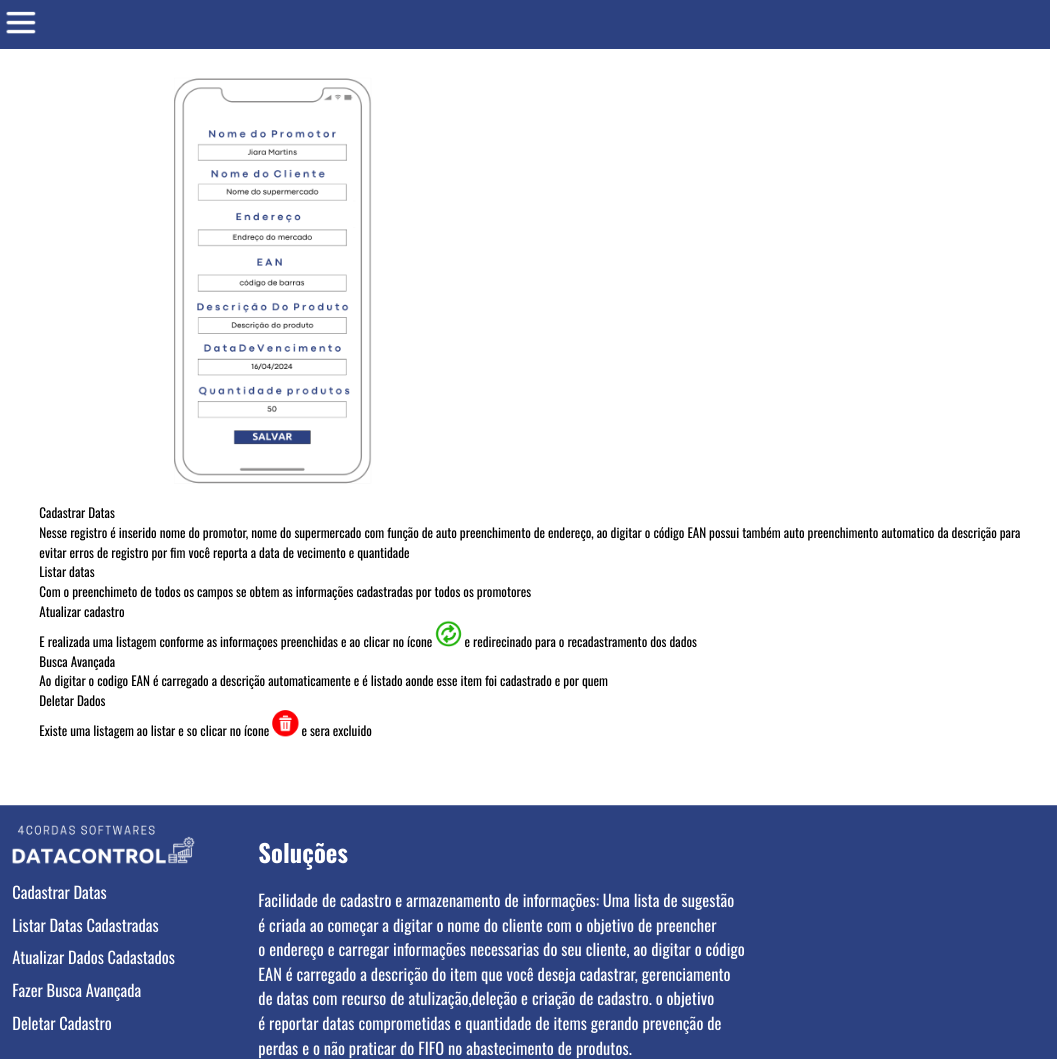
Repository: alfredo-allan/ControleDeDatasFrontEnd
Page: index.html
The author's editor kept a copy of each file at every save. The page is drawn from the files as they stood at one save, then again after a run of saves.
The browser window is 1280 px wide. The page is 1289 px wide, so the pictures cover 1289 px, including what lies to the right of the window. The pictures show the whole page, at 82% of full size.

Above is the page before, as saved 2024-04-30 14:29:13.
Console error: TypeError: Cannot read properties of null (reading 'addEventListener')

### index.html
<!DOCTYPE html>
<html lang="pt-BR">
  <head>
    <meta charset="UTF-8" />
    <meta name="viewport" content="width=device-width, initial-scale=1.0" />
    <link rel="stylesheet" href="./style/style.css" />
    <link rel="preconnect" href="https://fonts.googleapis.com" />
    <link rel="preconnect" href="https://fonts.gstatic.com" crossorigin />
    <link
      href="https://fonts.googleapis.com/css2?family=Oswald:wght@200..700&display=swap"
      rel="stylesheet"
    />
    <title>Controle de Datas</title>
  </head>
  <body>
    <div class="header">
      <div id="menu-icon">
        <img id="icon-menu" src="./images/barra-de-menu.png" alt="" />
      </div>
      <div id="titulo">
        <!-- <h1>Controle De Datas</h1> -->
      </div>
      <div id="menu-options">
        <ul>
          <!-- <img id="usuario" src="./images/usuario-exemplo.jpg" alt="" /> -->
          <a href="pages/cadastro.html"><li>Cadastrar Datas</li></a>
          <a href="pages/listagem.html"><li>Listar Datas</li></a>
          <a href="pages/atualizar.html"><li>Atualizar Cadastro</li></a>
          <a href="pages/buscaavancada.html"><li>Busca Avançada</li></a>
          <a href="pages/deletar.html"><li>Deletar Dados</li></a>
        </ul>
      </div>
    </div>
    <img id="instrucao" src="./images/CadastrarDatas.png" alt="">
    <div class="coluna">
    <ul>
      <span>Cadastrar Datas</span>
      <li>Nesse registro é inserido nome do promotor, nome do supermercado com função de auto preenchimento de endereço, ao digitar o código EAN possui também auto preenchimento automatico da descrição para evitar erros de registro por fim você reporta a data de vecimento e quantidade</li>
      <span>Listar datas</span>
      <li>Com o preenchimeto de todos os campos se  obtem as informações cadastradas por todos os promotores</li>
      <span>Atualizar cadastro</span>
      <li>E realizada uma listagem conforme as informaçoes preenchidas e ao clicar no ícone <img src="./images/repetir.png" alt=""> e redirecinado para o recadastramento dos dados</li>
      <span>Busca Avançada</span>
      <li>Ao digitar o codigo EAN é carregado a descrição automaticamente e é listado aonde esse item foi cadastrado e por quem</li>
      <span>Deletar Dados</span>
      <li>Existe uma listagem ao listar e so clicar no ícone <img src="./images/excluir.png" alt=""> e sera excluido</li>
    </ul>
    </div>
    </div>
    <div class="footer">
      <div id="mapa" class="col-sm-6">
        <img id="tootext" src="./images/data.png" alt="" />
        <ul id="mapadosite">
          <a href="./pages/cadastro.html"><li>Cadastrar Datas</li></a>
          <a href="./pages/listagem.html"><li>Listar Datas Cadastradas</li></a>
          <a href="./pages/atualizar.html"
            ><li>Atualizar Dados Cadastados</li></a
          >
          <a href="./pages/buscaavancada.html"><li>Fazer Busca Avançada</li></a>
          <a href="./pages/deletar.html"><li>Deletar Cadastro</li></a>
        </ul>
      </div>
      <div id="solucao" class="col-sm-6">
        <span>Soluções</span>
        <p>
          Facilidade de cadastro e armazenamento de informações: Uma lista de
          sugestão <br />
          é criada ao começar a digitar o nome do cliente com o objetivo de
          preencher <br />
          o endereço e carregar informações necessarias do seu cliente, ao
          digitar o código <br />
          EAN é carregado a descrição do item que você deseja cadastrar,
          gerenciamento <br />
          de datas com recurso de atulização,deleção e criação de cadastro. o
          objetivo <br />
          é reportar datas comprometidas e quantidade de items gerando prevenção
          de <br />
          perdas e o não praticar do FIFO no abastecimento de produtos.
        </p>
      </div>
    </div>
  </body>
  <script src="./js/script.js"></script>
</html>

### style/style.css
:root {
  --cor-azul: rgb(44, 65, 129);
  --oswald-font: "Oswald", sans-serif;
  --luthier-font: "Luthier";
}

body {
  font-family: var(--oswald-font);
}

@font-face {
  font-family: "Luthier";
  src: url("../fonts/LuthierFF/Luthier-Regular.ttf") format("truetype");
  /* Adicione mais formatos (e.g. woff, woff2) conforme necessário */
}

#titulo h1 {
  font-family: var(--luthier-font);
  letter-spacing: 3px;
  font-weight: 900;
  color: white;
  margin-top: -30px;
  margin-left: 55px;
}

.column {
  display: flex;
  flex-direction: column;
  align-items: center;
  padding: 10px 20px 15px 15px;
  border: 1px solid #ccc;
  border-radius: 5px;
  width: 300px;
  margin: 0 auto;
  span {
    font-weight: 900;
    font-family: var(--luthier-font);
    letter-spacing: 3px;
    margin-bottom: 10px;
    color: var(--cor-azul);
  }
}

#logo img {
  margin-top: 200px;
  width: 250px;
  margin-left: 50px;
}

#logo {
  h1 {
    text-align: center;
    text-wrap: nowrap;
    font-size: 25px;
    font-family: var(--oswald-font);
    font-weight: 900;
    letter-spacing: 2px;
    color: var(--cor-azul);
  }
}

#form {
  margin-top: 80px;
}

input {
  margin-bottom: 5px;
  padding: 5px;
  width: 100%;
  box-sizing: border-box;
  font-weight: 600;
  margin-bottom: 10px;
}

input::placeholder {
  text-align: center;
  color: gray;
  font-family: var(--oswald-font);
  font-weight: 400;
}

input:focus {
  outline-color: var(--cor-azul); /* Altere a cor aqui */
}

.header {
  position: fixed;
  top: 0;
  left: 0;
  width: 100%;
  height: 60px;
  background-color: var(--cor-azul);
}

#icon-menu {
  width: 35px;
  margin-top: 10px;
  z-index: 1;
  margin-left: 8px;
  cursor: pointer;
}

#menu-options ul {
  list-style: none;
  padding: 0;
  margin-left: 5px;
  font-size: 20px;
  font-weight: 500;
  text-wrap: nowrap;
  font-family: var(--oswald-font);
  z-index: 999;
}

#menu-options ul li {
  padding: 10px;
  letter-spacing: 2px;
  cursor: pointer;
  z-index: 999;
}

a {
  text-decoration: none; /* Remove sublinhado */
  color: inherit; /* Mantém a cor padrão do texto */
  /* Adicione quaisquer outros estilos desejados para o link */
}

#menu-options {
  display: none;
  position: absolute;
  top: 0;
  left: 0;
  margin-top: 60px;
  width: 55%;
  height: 41vh;
  border-bottom-right-radius: 15px;
  background-color: var(--cor-azul);
  color: white;
  font-family: var(--oswald-font);
  font-weight: 900;
  z-index: 999;
}

button {
  text-align: center;
  width: 110px;
  height: 30px;
  padding: 6px 30px;
  background-color: rgba(44, 65, 129, 0.897);
  border-radius: 5px;
  color: white;
  border: none;
  border-radius: 5px;
  cursor: pointer;
  font-family: var(--oswald-font);
}

button:focus {
  outline: 2px solid var(--cor-azul);
}

.footer {
  width: 102%;
  position: relative;
  margin-top: 5%;
  margin-left: -8px;
  margin-bottom: -20px;
  background-color: var(--cor-azul);
}

.footer img {
  width: 300px;
  height: 60px;
  margin-top: 2px;
  cursor: pointer;
  margin-left: 10px;
}

#autocomplete-list-id {
  background-color: #f1f1f1;
  border: 1px solid #d4d4d4;
  color: var(--cor-azul);
  border-top: none;
  max-height: 200px;
  overflow-y: auto;
  position: absolute;
  /* z-index: 999; */
  margin-top: -10px;
  margin-left: 60px;
}

.autocomplete-items div {
  padding: 10px;
  cursor: pointer;
  background-color: #fff;
  border-bottom: 1px solid #d4d4d4;
}

.autocomplete-items div:hover {
  background-color: #e9e9e9;
}

.autocomplete-items div strong {
  font-weight: bold;
}

#data-list {
  margin: 0 auto;
  left: 50%;
  transform: translateX(-50%);
  margin: 0 auto;
  left: 50%;
  top: 60%;
  transform: translate(-50%, -50%);
  /* border: 1px solid var(--cor-azul); */
  color: var(--cor-azul);
  border-radius: 5px;
  max-height: 330px;
  overflow-y: auto;
  position: absolute;
  z-index: -1;
  margin-top: 110px;
  margin-left: 0px;
  width: 336px;
  list-style: none;
  .name {
    font-family: var(--oswald-font);
    font-weight: 900;
    font-size: 17px;
  }
  .item {
    font-family: var(--oswald-font);
    font-weight: 500;
    font-size: 15;
    color: rgb(0, 0, 0);
  }
}

/* #promotor {
  line-height: 60px;
} */

#data-list {
  /* Estilos do elemento #data-list */
  /* Defina outras propriedades conforme necessário */

  scrollbar-color: var(--cor-azul) var(--cor-azul); /* Cor da barra de rolagem e do fundo da barra */
}

#data-list::-webkit-scrollbar {
  width: 10px; /* Largura da barra de rolagem */
}

#data-list::-webkit-scrollbar-thumb {
  background-color: white; /* Cor da barra de rolagem */
  border-radius: 5px; /* Raio de borda da barra de rolagem */
}

#texto-descritivo {
  text-align: justify;
  margin-top: 200px;
  position: fixed;
  font-family: var(--luthier-font);
  letter-spacing: 3px;
  line-height: 2;
  margin-right: 8px;
  font-weight: 900;
  color: var(--cor-azul);
}

#del {
  width: 25px;
  margin: -4px;
  margin-left: 20px;
}

#atualizar {
  width: 25px;
  margin: -5px;
  margin-left: 20px;
}

.video {
  width: 100%;
  height: 100vh; /* Altura ocupando toda a tela */
}

.video video {
  position: fixed;
  top: 0;
  left: 0;
  width: 100%;
  height: 20%;
  object-fit: cover;
  margin-top: 52px;
}

.modal {
  display: none; /* Escondido por padrão */
  position: fixed;
  z-index: 1;
  left: 0;
  top: 0;
  width: 100%;
  height: 100%;
  overflow: auto;
  background-color: rgba(0, 0, 0, 0.4);
}

.modal-content {
  background-color: #fefefe;
  margin: 15% auto;
  padding: 20px;
  border: 2px solid #888;
  width: 80%;
  border-radius: 10px;
  p {
    text-align: center;
    font-family: var(--luthier-font);
    letter-spacing: 3px;
    font-weight: 600;
    color: var(--cor-azul);
  }
}

.close {
  color: #aaa;
  float: right;
  font-size: 28px;
  font-weight: bold;
}

.close:hover,
.close:focus {
  color: black;
  text-decoration: none;
  cursor: pointer;
}

#modalbtn {
  text-align: center;
}

#confirmButton {
  margin-right: 5px;
}

#tootext {
  margin-left: -40px;
  margin-top: 20px;
}

#mapadosite {
  font-family: var(--oswald-font);
  list-style: none;
  margin-top: 0px;
  line-height: 40px;
  text-align: left;
  margin-left: -25px;
  color: white;
  font-size: 20px;
}

#mapa {
  text-align: left;
}

#solucao {
  margin-top: -270px;
  margin-left: 315px;
  font-family: var(--oswald-font);
  letter-spacing: 0.1px;
  color: white;
  span {
    font-size: 30px;
    font-weight: 900;
  }
  p {
    font-size: 20px;
    text-align: left;
  }
}

@media (min-width: 310px) and (max-width: 580px) {
  #solucao {
    margin-top: -10px;
    margin-left: -200px;
    text-align: center;
  }
}

@media (min-width: 310px) and (max-width: 580px) {
  #solucao span {
    margin-left: -30px;
  }
}

@media (min-width: 310px) and (max-width: 580px) {
  #solucao p {
    font-size: 20px;
    text-align: left;
    margin-left: 215px;
  }
}

@media (min-width: 310px) and (max-width: 580px) {
  .footer {
    margin-top: 20%;
    position: absolute;
    margin-left: -8px;
    width: 100%;
    margin-bottom: 0px;
  }
}

.footer_pg {
  position: fixed;
  left: 0;
  bottom: 0;
  width: 100%;
  height: 60px;
  background-color: var(--cor-azul);
}

@media (min-width: 310px) and (max-width: 580px) {
  .footer_pg img {
    margin-left: auto;
    margin-right: auto;
    display: block;
  }
}

#instrucao {
  margin-top: 80px;
  width: 250px;
  margin-left: 200px;
}

@media (min-width: 500px) and (max-width: 1200px) {
  #instrucao {
    margin-left: 20px;
  }
}

.coluna {
  display: flex;
  flex-direction: column;
  justify-content: center;
  li {
    list-style: none;
  }

}

### js/script.js
document.addEventListener("DOMContentLoaded", function () {
  carregarDados();

  document
    .getElementById("data-vencimento")
    .addEventListener("input", formatarData);

  document.getElementById("ean").addEventListener("input", function () {
    var eanSelecionado = document.getElementById("ean").value;
    preencherDescricaoPorEAN(eanSelecionado);
  });
});

function formatarData() {
  let inputData = document.getElementById("data-vencimento").value;

  let dataFormatada = inputData.replace(/^(\d{2})(\d{2})(\d{2})$/, "$1/$2/$3");

  document.getElementById("data-vencimento").value = dataFormatada;
}

function preencherDescricaoPorEAN(ean) {
  fetch("../frutap.json")
    .then((response) => response.json())
    .then((data) => {
      const mercados = data.mercados;

      for (let mercado of mercados) {
        const produto = mercado.produtos.find(
          (produto) => produto.codigoEAN === ean
        );
        if (produto) {
          document.getElementById("descricao-produto").value =
            produto.descricao;
          return; // Encerra o loop assim que encontrar o produto correspondente
        }
      }

      // Se não encontrou nenhum produto com o código EAN correspondente
      document.getElementById("descricao-produto").value =
        "Produto não encontrado";
    })
    .catch((error) => {
      console.error("Erro ao carregar os dados do arquivo JSON:", error);
    });
}

function carregarDados() {
  fetch("../frutap.json")
    .then((response) => {
      if (response.ok) {
        return response.json();
      } else {
        throw new Error("Erro ao carregar os dados");
      }
    })
    .then((data) => {
      if (data && data.mercados) {
        const mercados = data.mercados.map((mercado) => mercado.nome);
        const codigosEAN = data.mercados.map((mercado) => mercado.codigoEAN);
        const enderecos = data.mercados.map((mercado) => mercado.endereco);

        autocomplete(document.getElementById("nome-cliente"), mercados, data);
        autocomplete(document.getElementById("ean"), codigosEAN);
        autocomplete(
          document.getElementById("endereco-cliente"),
          enderecos,
          data
        );
      } else {
        console.error("Formato de dados inválido");
      }
    })
    .catch((error) => {
      console.error("Erro ao carregar os dados do arquivo JSON:", error);
    });
}
function autocomplete(inp, arr, data) {
  var currentFocus;

  inp.addEventListener("input", function (e) {
    var a,
      b,
      i,
      val = this.value;
    closeAllLists();
    if (!val) {
      return false;
    }
    currentFocus = -1;
    a = document.createElement("DIV");
    a.setAttribute("id", "autocomplete-list-id");
    a.setAttribute("class", "autocomplete-items");
    this.parentNode.appendChild(a);
    for (i = 0; i < arr.length; i++) {
      if (
        arr[i] &&
        arr[i].substr(0, val.length).toUpperCase() == val.toUpperCase()
      ) {
        b = document.createElement("DIV");
        b.innerHTML = "<strong>" + arr[i].substr(0, val.length) + "</strong>";
        b.innerHTML += arr[i].substr(val.length);
        b.innerHTML += "<input type='hidden' value='" + arr[i] + "'>";
        b.addEventListener("click", function (e) {
          inp.value = this.getElementsByTagName("input")[0].value;
          closeAllLists();
          // Preencher o campo de Endereço do mercado ao selecionar o nome do mercado
          var selectedMarket = this.getElementsByTagName("input")[0].value;
          var mercadoSelecionado = data.mercados.find(
            (mercado) => mercado.nome === selectedMarket
          );
          if (mercadoSelecionado) {
            var enderecoCompleto =
              mercadoSelecionado.endereco.rua +
              ", " +
              mercadoSelecionado.endereco.bairro +
              ", " +
              mercadoSelecionado.endereco.cidade +
              ", " +
              mercadoSelecionado.endereco.estado;
            document.getElementById("endereco-cliente").value =
              enderecoCompleto;
          }
        });
        a.appendChild(b);
      }
    }
  });

  function closeAllLists(elmnt) {
    var x = document.getElementsByClassName("autocomplete-items");
    for (var i = 0; i < x.length; i++) {
      if (elmnt != x[i] && elmnt != inp) {
        x[i].parentNode.removeChild(x[i]);
      }
    }
  }

  document.addEventListener("click", function (e) {
    closeAllLists(e.target);
  });
}

const menuIcon = document.getElementById("menu-icon");
const menuOptions = document.getElementById("menu-options");

menuIcon.addEventListener("click", function () {
  if (menuOptions.style.display === "none") {
    menuOptions.style.display = "block";
  } else {
    menuOptions.style.display = "none";
  }
});

document.getElementById("btn-salvar").addEventListener("click", function () {
  const nomePromotor = document.getElementById("nome-promotor").value;
  const nomeCliente = document.getElementById("nome-cliente").value;
  const enderecoCliente = document.getElementById("endereco-cliente").value;
  const ean = document.getElementById("ean").value;
  const descricaoProduto = document.getElementById("descricao-produto").value;
  const dataVencimento = document.getElementById("data-vencimento").value;
  const quantidadeProdutos = document.getElementById(
    "quantidade-produtos"
  ).value;

  fetch("https://v1controledatas.pythonanywhere.com/salvar-dados", {
    method: "POST",
    headers: {
      "Content-Type": "application/json",
    },
    body: JSON.stringify({
      nomePromotor: nomePromotor,
      nomeCliente: nomeCliente,
      enderecoCliente: enderecoCliente,
      ean: ean,
      descricaoProduto: descricaoProduto,
      dataVencimento: dataVencimento,
      quantidadeProdutos: quantidadeProdutos,
    }),
  })
    .then((response) => {
      if (response.ok) {
        // alert("Dados salvos com sucesso!");
      } else {
        throw new Error("Erro ao salvar os dados");
      }
    })
    .catch((error) => {
      console.error("Erro ao salvar os dados:", error);
    });
});

// Selecionando o botão de fechar e o modal

Loaded but not shown: frutap.json (455 lines, source omitted)

After the next 2 saves:
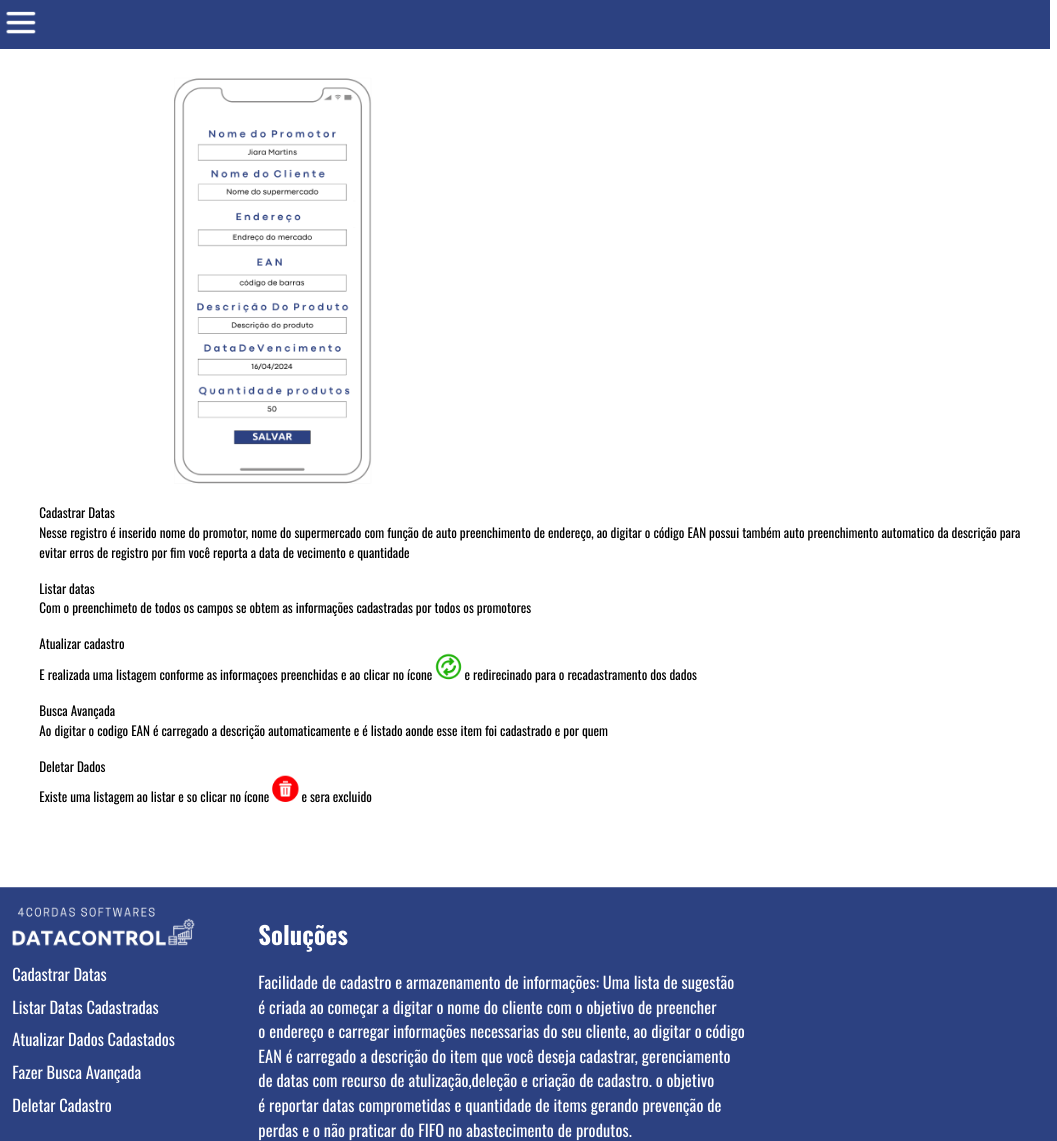
The 2 saves are shown as one change because they came seconds apart.
The last was saved 21 s later.
--- a/style/style.css
+++ b/style/style.css
@@ -447,6 +447,7 @@
   justify-content: center;
   li {
     list-style: none;
-  }
-
-}
+    margin-bottom: 20px;
+  }
+
+}

After the save that followed:
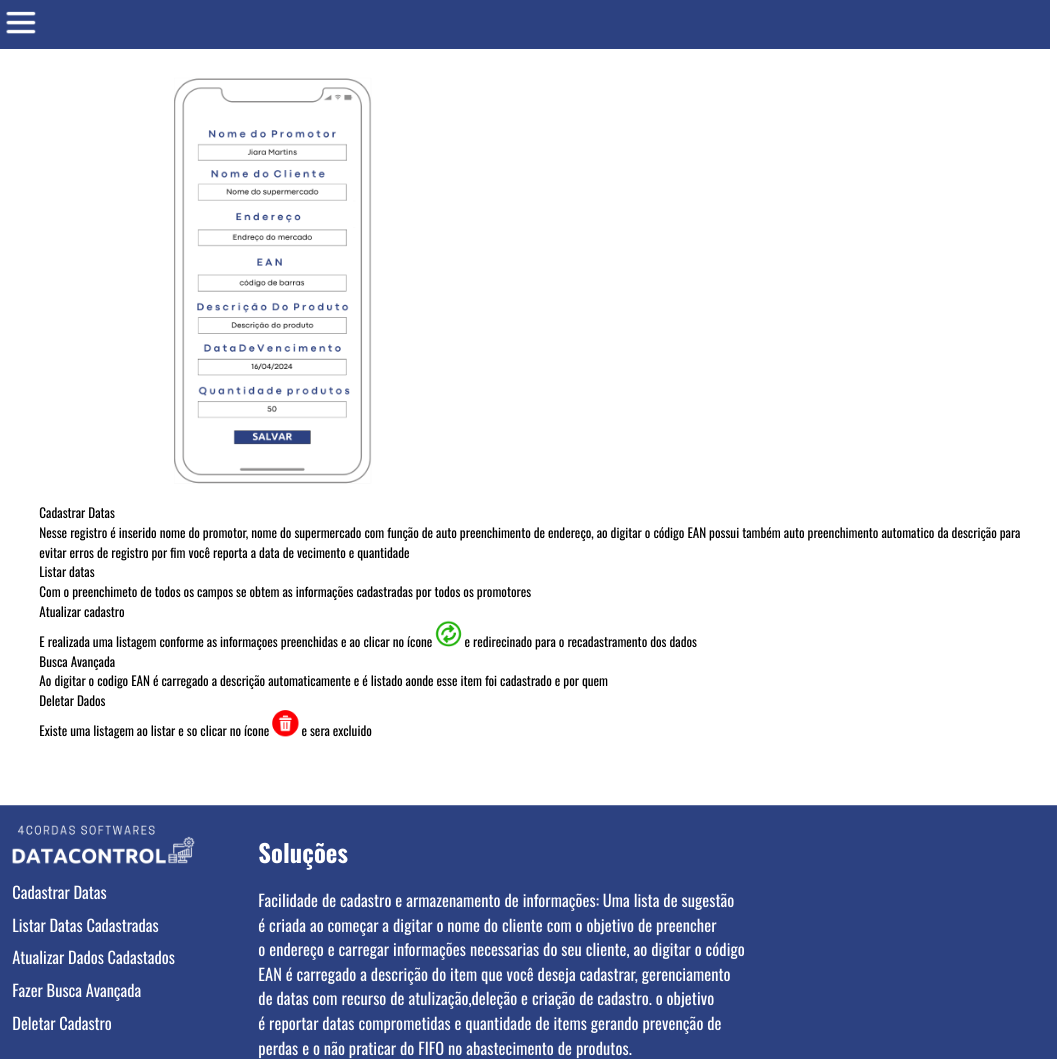
Saved 42 s later.
--- a/style/style.css
+++ b/style/style.css
@@ -447,7 +447,6 @@
   justify-content: center;
   li {
     list-style: none;
-    margin-bottom: 20px;
-  }
-
-}
+  }
+
+}
